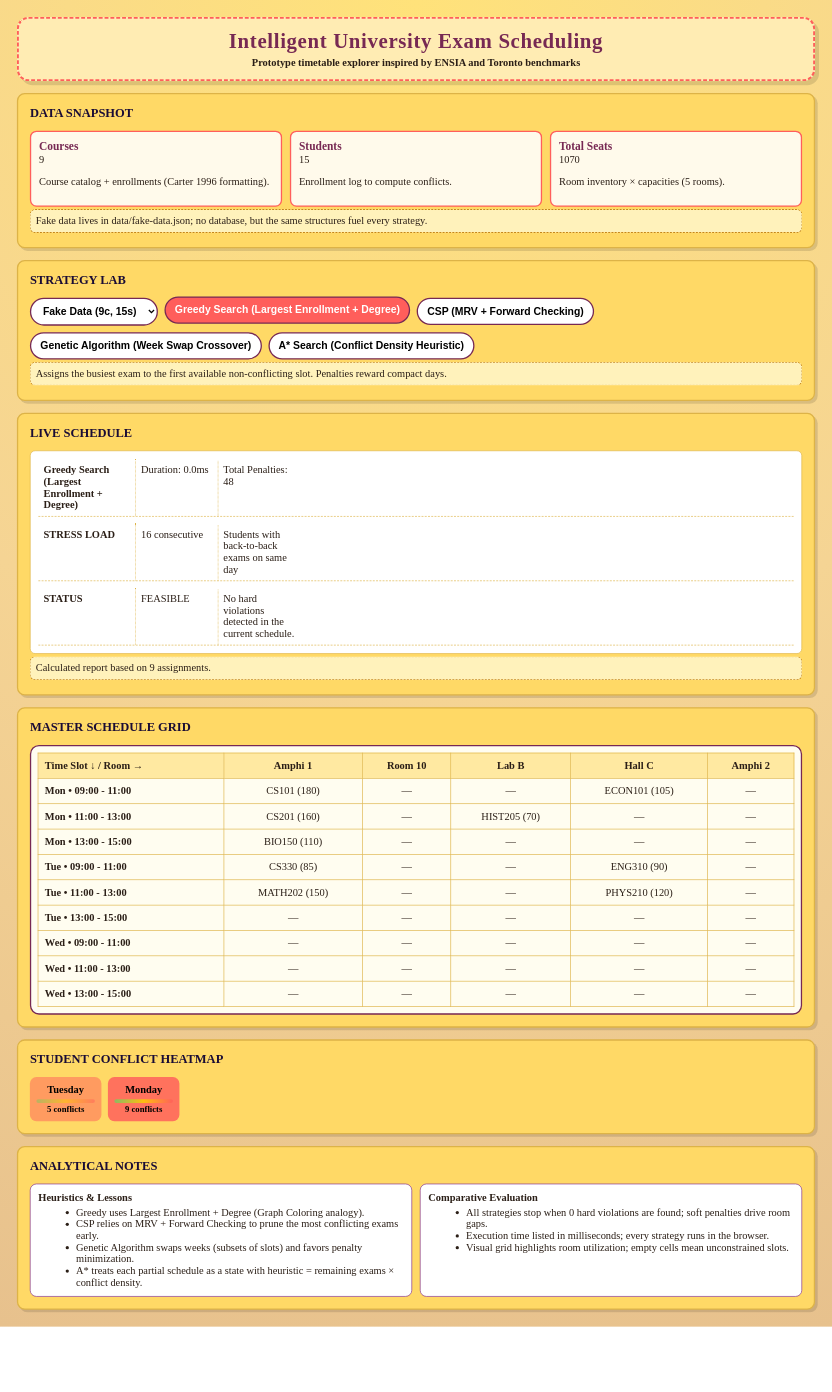
Repository: tarikko/AIExamScheduler
Page: index.html
These files come from the project's save history. The page is drawn as it stood at one moment and after the next save; the edit follows.
The browser window is 1280 px wide. The pictures show the whole page, at 65% of full size.

Above is the page before, as saved 2026-02-23 22:58:22.

### index.html
<!DOCTYPE html>
<html lang="en">
<head>
  <meta charset="UTF-8" />
  <meta name="viewport" content="width=device-width, initial-scale=1" />
  <title>Intelligent University Exam Scheduling System</title>
  <link rel="stylesheet" href="css/styles.css" />
</head>
<body>
  <div class="page">
    <header>
      <h1>Intelligent University Exam Scheduling</h1>
      <p>Prototype timetable explorer inspired by ENSIA and Toronto benchmarks</p>
    </header>

    <section>
      <h2>Data Snapshot</h2>
      <div class="data-grid" id="data-overview"></div>
      <div class="legend">Fake data lives in data/fake-data.json; no database, but the same structures fuel every strategy.</div>
    </section>

    <section>
      <h2>Strategy Lab</h2>
      <div class="controls" id="strategy-controls"></div>
      <div id="algo-note" class="legend"></div>
      <div id="progress-container" style="display: none; margin-top: 10px;">
        <div style="font-weight: bold; margin-bottom: 4px;">Computing Schedule...</div>
        <div style="width: 100%; background: #eee; border: 1px solid var(--grid-line); height: 20px; border-radius: 10px; overflow: hidden;">
          <div id="progress-bar" style="width: 0%; height: 100%; background: var(--accent); transition: width 0.2s;"></div>
        </div>
      </div>
    </section>

    <section id="schedule-wrapper">
      <h2>Live Schedule</h2>
      <div id="schedule-results"></div>
      <div class="legend" id="score-note"></div>
    </section>

    <section>
      <h2>Master Schedule Grid</h2>
      <div class="table-wrapper">
        <table id="master-grid"></table>
      </div>
    </section>

    <section>
      <h2>Student Conflict Heatmap</h2>
      <div id="heatmap" class="heatmap"></div>
    </section>

    <section>
      <h2>Analytical Notes</h2>
      <div class="notes">
        <div class="note-card">
          <strong>Heuristics & Lessons</strong>
          <ul>
            <li>Greedy uses Largest Enrollment + Degree (Graph Coloring analogy).</li>
            <li>CSP relies on MRV + Forward Checking to prune the most conflicting exams early.</li>
            <li>Genetic Algorithm swaps weeks (subsets of slots) and favors penalty minimization.</li>
            <li>A* treats each partial schedule as a state with heuristic = remaining exams × conflict density.</li>
          </ul>
        </div>
        <div class="note-card">
          <strong>Comparative Evaluation</strong>
          <ul>
            <li>All strategies stop when 0 hard violations are found; soft penalties drive room gaps.</li>
            <li>Execution time listed in milliseconds; every strategy runs in the browser.</li>
            <li>Visual grid highlights room utilization; empty cells mean unconstrained slots.</li>
          </ul>
        </div>
      </div>
    </section>
  </div>

  <script type="module" src="js/app.js"></script>
</body>
</html>

### css/styles.css
:root {
  color-scheme: light;
  --bg: #f5f1d2;
  --panel: #ffecb3;
  --panel-strong: #ffd966;
  --accent: #ff5e5b;
  --deep: #772953;
  --grid-line: #ddb347;
  font-family: 'Comic Sans MS', 'Comic Sans', cursive;
}

* {
  box-sizing: border-box;
}

body {
  margin: 0;
  background: radial-gradient(circle at top, #ffe27a, #f5d494 50%, #e7c18d 100%);
  color: #2b1f17;
}

.page {
  min-height: 100vh;
  padding: 26px;
  display: flex;
  flex-direction: column;
  gap: 18px;
}

header {
  background: var(--panel);
  border: 3px dashed var(--accent);
  padding: 16px;
  border-radius: 18px;
  box-shadow: 6px 6px 0 rgba(0, 0, 0, 0.12);
  text-align: center;
}

header h1 {
  margin: 0;
  font-size: 2rem;
  letter-spacing: 1px;
  color: var(--deep);
}

header p {
  margin: 6px 0 0;
  font-weight: bold;
}

section {
  background: var(--panel-strong);
  padding: 18px;
  border-radius: 12px;
  border: 2px solid var(--grid-line);
  box-shadow: 4px 4px 0 rgba(0, 0, 0, 0.12);
}

h2,
h3 {
  margin-top: 0;
  color: #1a0c35;
  text-transform: uppercase;
  font-size: 1.2rem;
}

.data-grid {
  display: grid;
  grid-template-columns: repeat(auto-fit, minmax(210px, 1fr));
  gap: 12px;
}

.data-card {
  border: 2px solid var(--accent);
  padding: 12px;
  border-radius: 10px;
  background: #ffffffdd;
}

.data-card strong {
  display: block;
  font-size: 1.1rem;
  color: var(--deep);
}

.controls {
  display: flex;
  flex-wrap: wrap;
  gap: 10px;
  align-items: center;
}

.algo-btn {
  border: 2px solid var(--deep);
  background: #fff;
  font-size: 1rem;
  padding: 10px 14px;
  border-radius: 999px;
  cursor: pointer;
  transition: transform 0.15s ease, background 0.15s ease;
  font-weight: bold;
}

.algo-btn.active,
.algo-btn:hover {
  background: var(--accent);
  color: #fff;
  transform: translateY(-2px);
}

#schedule-results {
  display: flex;
  flex-direction: column;
  gap: 10px;
  width: 100%;
  background: #ffffff;
  padding: 12px;
  border-radius: 8px;
  border: 1px solid var(--grid-line);
}

.legend {
  margin: 4px 0;
  padding: 8px;
  background: #fff2bb;
  border-radius: 8px;
  border: 1px dashed #b36b00;
}

.grid-header,
.grid-row {
  display: grid;
  grid-template-columns: 150px repeat(auto-fill, minmax(120px, 1fr));
  border-bottom: 2px solid var(--grid-line);
}

.grid-row {
  border-bottom: 1px dashed var(--grid-line);
}

.grid-cell {
  padding: 8px;
  border-right: 1px dotted var(--grid-line);
}

.grid-cell:last-child {
  border-right: none;
}

.slot-label {
  font-weight: bold;
}

.heatmap {
  display: flex;
  gap: 10px;
  flex-wrap: wrap;
}

.heat-cell {
  width: 110px;
  padding: 10px;
  border-radius: 10px;
  text-align: center;
  font-weight: bold;
  color: #000;
}

.heat-bar {
  width: 100%;
  height: 6px;
  border-radius: 3px;
  margin-top: 6px;
  background: linear-gradient(90deg, #75c964, #ffcc00, #ff5e5b);
}

.notes {
  display: flex;
  gap: 12px;
  flex-wrap: wrap;
}

.note-card {
  flex: 1;
  min-width: 280px;
  background: #fff;
  padding: 12px;
  border-radius: 10px;
  border: 1px solid #802e91;
}

.table-wrapper {
  overflow-x: auto;
  border: 2px solid var(--deep);
  border-radius: 14px;
  padding: 10px;
  background: #fffdf0;
  box-shadow: inset 0 0 0 1px rgba(255, 255, 255, 0.6);
}

#master-grid {
  width: 100%;
  border-collapse: collapse;
  font-family: inherit;
}

#master-grid th,
#master-grid td {
  border: 1px solid var(--grid-line);
  padding: 10px;
  text-align: center;
}

#master-grid th {
  background: #ffe9a1;
  font-weight: bold;
}

#master-grid th:first-child,
#master-grid td:first-child {
  text-align: left;
  font-weight: bold;
}

ul {
  margin: 4px 0 0 18px;
}

@media (max-width: 720px) {
  .grid-header,
  .grid-row {
    grid-template-columns: 120px repeat(auto-fill, minmax(100px, 1fr));
  }

  body {
    padding: 12px;
  }
}

### js/app.js
import { timeSlots } from "./time-slots.js";
import { assessPenalties } from "./utils.js";
import {
	renderDataOverview,
	renderSchedule,
	buildMasterGrid,
	buildHeatmap,
} from "./ui.js";
import { greedySchedule } from "./algorithms/greedy.js";
import { cspSchedule } from "./algorithms/csp.js";
import { gaSchedule } from "./algorithms/ga.js";
import { aStarSchedule } from "./algorithms/astar.js";
import { loadBenchmark } from "./benchmarks.js";

const algorithms = {
	greedy: {
		label: "Greedy Search (Largest Enrollment + Degree)",
		fn: greedySchedule,
		note: "Assigns the busiest exam to the first available non-conflicting slot. Penalties reward compact days.",
	},
	csp: {
		label: "CSP (MRV + Forward Checking)",
		fn: cspSchedule,
		note: "Backtracking with Minimum Remaining Values and forward checking to prune conflicts early.",
	},
	ga: {
		label: "Genetic Algorithm (Week Swap Crossover)",
		fn: gaSchedule,
		note: "Evolves schedule strings with heavy fitness penalty for hard violations, light for soft.",
	},
	a_star: {
		label: "A* Search (Conflict Density Heuristic)",
		fn: aStarSchedule,
		note: "Explores partial states, prioritizing boards that leave fewer high-conflict exams unscheduled.",
	},
};

let dataset;
let bestCompare = {};

function updateComparison(key, meta) {
	if (!bestCompare[key] || bestCompare[key].penalty > meta.penalty) {
		bestCompare[key] = meta;
	}
}

async function init() {
	dataset = await fetch("data/fake-data.json").then((res) => res.json());
	renderDataOverview(dataset);

	const controlBar = document.getElementById("strategy-controls");

	// Benchmark Dropdown
	const select = document.createElement("select");
	select.className = "algo-btn";
	select.innerHTML = `
		<option value="fake">Fake Data (9c, 15s)</option>
		<option value="nottingham">Nottingham (1994)</option>
	`;
	select.addEventListener("change", async (e) => {
		if (e.target.value === "nottingham") {
			const b = await loadBenchmark();
			if (b) dataset = b;
		} else {
			dataset = await fetch("data/fake-data.json").then((res) => res.json());
		}
		renderDataOverview(dataset);
		runStrategy("greedy");
	});
	controlBar.appendChild(select);

	Object.entries(algorithms).forEach(([key, config], index) => {
		const button = document.createElement("button");
		button.className = "algo-btn";
		button.textContent = config.label;
		button.addEventListener("click", () => runStrategy(key));
		if (index === 0) button.classList.add("active");
		controlBar.appendChild(button);
	});

	runStrategy("greedy");
}

function runStrategy(key) {
	if (!dataset) return;
	Array.from(document.querySelectorAll(".algo-btn")).forEach((btn) =>
		btn.classList.remove("active")
	);
	const button = Array.from(document.querySelectorAll(".algo-btn")).find(
		(btn) => btn.textContent === algorithms[key].label
	);
	button?.classList.add("active");

	const start = performance.now();
	const result = algorithms[key].fn(dataset);
	const end = performance.now();
	const { penalty, softViolations } = assessPenalties(
		result,
		dataset.students
	);

	document.getElementById("algo-note").textContent = algorithms[key].note;

	renderSchedule(result, {
		label: algorithms[key].label,
		time: end - start,
		penalty,
		softViolations,
		students: dataset.students,
	});

	buildMasterGrid(result, dataset.rooms, timeSlots);
	buildHeatmap(result, dataset.students);
	updateComparison(key, {
		label: algorithms[key].label,
		penalty,
		time: end - start,
	});
}

init();

### js/time-slots.js
export const timeSlots = [
	{ id: "Mon-09-11", day: "Monday", label: "Mon • 09:00 - 11:00", index: 0 },
	{ id: "Mon-11-13", day: "Monday", label: "Mon • 11:00 - 13:00", index: 1 },
	{ id: "Mon-13-15", day: "Monday", label: "Mon • 13:00 - 15:00", index: 2 },
	{ id: "Tue-09-11", day: "Tuesday", label: "Tue • 09:00 - 11:00", index: 3 },
	{ id: "Tue-11-13", day: "Tuesday", label: "Tue • 11:00 - 13:00", index: 4 },
	{ id: "Tue-13-15", day: "Tuesday", label: "Tue • 13:00 - 15:00", index: 5 },
	{
		id: "Wed-09-11",
		day: "Wednesday",
		label: "Wed • 09:00 - 11:00",
		index: 6,
	},
	{
		id: "Wed-11-13",
		day: "Wednesday",
		label: "Wed • 11:00 - 13:00",
		index: 7,
	},
	{
		id: "Wed-13-15",
		day: "Wednesday",
		label: "Wed • 13:00 - 15:00",
		index: 8,
	},
];

### js/utils.js
export function buildConflicts(data) {
	const map = {};
	data.courses.forEach((course) => {
		map[course.code] = new Set();
	});

	data.students.forEach((student) => {
		student.courses.forEach((courseA) => {
			student.courses.forEach((courseB) => {
				if (courseA !== courseB) {
					map[courseA].add(courseB);
				}
			});
		});
	});

	return map;
}

export function isSlotAvailable(courseCode, slot, room, assignments, data) {
	for (const assigned of assignments) {
		if (assigned.slot.id === slot.id && assigned.room.name === room.name) {
			return false; // Room busy
		}
		if (assigned.slot.id === slot.id) {
			const conflict = data.students.some(
				(student) =>
					student.courses.includes(courseCode) &&
					student.courses.includes(assigned.course.code)
			);
			if (conflict) {
				return false;
			}
		}
	}
	return true;
}

export function assessPenalties(assignments, students) {
	let hardViolations = 0;
	let softViolations = 0;
	const seen = new Set();

	assignments.forEach((assignment) => {
		const key = `${assignment.slot.id}-${assignment.room.name}`;
		if (seen.has(key)) hardViolations++;
		seen.add(key);
	});

	students.forEach((student) => {
		const slots = assignments
			.filter((assignment) =>
				student.courses.includes(assignment.course.code)
			)
			.map((assignment) => assignment.slot.index)
			.sort((a, b) => a - b);
		for (let i = 0; i < slots.length - 1; i++) {
			if (slots[i + 1] - slots[i] === 1) softViolations++;
		}
	});

	return {
		penalty: hardViolations * 50 + softViolations * 3,
		hardViolations,
		softViolations,
	};
}

### js/algorithms/greedy.js
import { timeSlots } from "../time-slots.js";
import { buildConflicts, isSlotAvailable } from "../utils.js";

export function greedySchedule(data, onProgress) {
	const conflicts = buildConflicts(data);
	const sortedCourses = [...data.courses].sort((a, b) => {
		const delta = conflicts[b.code].size - conflicts[a.code].size;
		return delta !== 0 ? delta : b.enrollment - a.enrollment;
	});

	const assigned = [];
	const total = sortedCourses.length;

	for (let i = 0; i < total; i++) {
		const course = sortedCourses[i];
		if (onProgress && i % 20 === 0) onProgress((i / total) * 100);

		let placed = false;
		for (const slot of timeSlots) {
			for (const room of data.rooms) {
				if (room.capacity < course.enrollment) continue;
				if (isSlotAvailable(course.code, slot, room, assigned, data)) {
					assigned.push({ course, slot, room });
					placed = true;
					break;
				}
			}
			if (placed) break;
		}
	}
	if (onProgress) onProgress(100);
	return assigned;
}

### js/worker.js
// Web Worker for running scheduling algorithms in the background
import { greedySchedule } from "./algorithms/greedy.js";
import { cspSchedule } from "./algorithms/csp.js";
import { gaSchedule } from "./algorithms/ga.js";
import { aStarSchedule } from "./algorithms/astar.js";

const algos = {
	greedy: greedySchedule,
	csp: (data, onProgress) => cspSchedule(data), // Simple CSP doesn't support progress easily
	ga: gaSchedule,
	a_star: aStarSchedule,
};

onmessage = async (e) => {
	const { key, dataset } = e.data;
	const algoFn = algos[key];

	if (!algoFn) {
		postMessage({ type: "error", error: "Algorithm not found" });
		return;
	}

	const onProgress = (percent) => {
		postMessage({ type: "progress", percent });
	};

	try {
		const result = algoFn(dataset, onProgress);
		postMessage({ type: "result", result });
	} catch (err) {
		postMessage({ type: "error", error: err.message });
	}
};

Loaded but not shown: data/fake-data.json (37 lines, source omitted); js/ui.js (207 lines, source omitted); js/algorithms/ga.js (85 lines, source omitted); js/benchmarks.js (78 lines, source omitted); js/algorithms/astar.js (75 lines, source omitted); js/algorithms/csp.js (63 lines, source omitted)

After the next save:
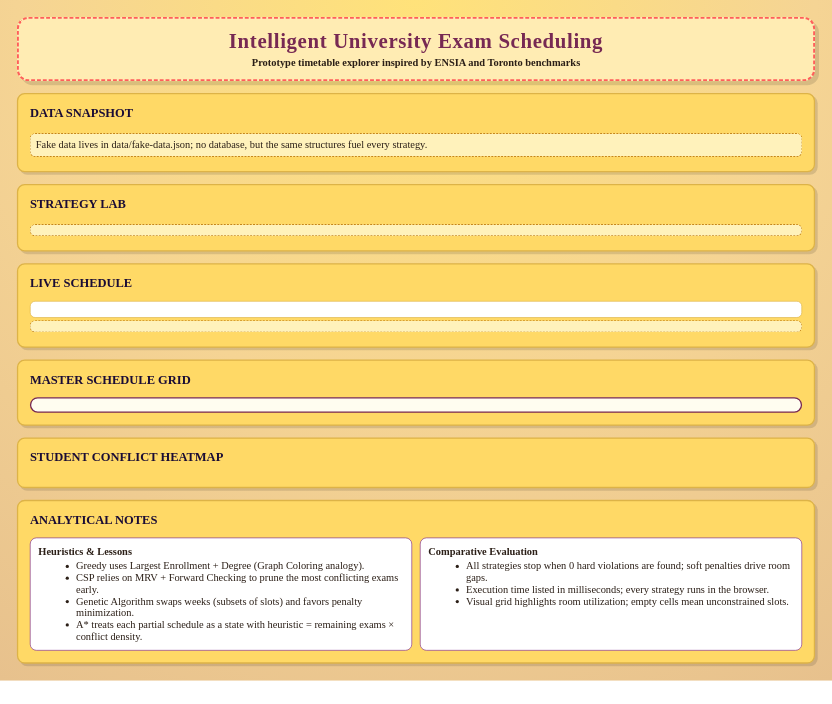
Console error: ReferenceError: init is not defined
Saved 19 s later.
--- a/js/app.js
+++ b/js/app.js
@@ -15,107 +15,88 @@
 const algorithms = {
 	greedy: {
 		label: "Greedy Search (Largest Enrollment + Degree)",
-		fn: greedySchedule,
 		note: "Assigns the busiest exam to the first available non-conflicting slot. Penalties reward compact days.",
 	},
 	csp: {
 		label: "CSP (MRV + Forward Checking)",
-		fn: cspSchedule,
 		note: "Backtracking with Minimum Remaining Values and forward checking to prune conflicts early.",
 	},
 	ga: {
 		label: "Genetic Algorithm (Week Swap Crossover)",
-		fn: gaSchedule,
 		note: "Evolves schedule strings with heavy fitness penalty for hard violations, light for soft.",
 	},
 	a_star: {
 		label: "A* Search (Conflict Density Heuristic)",
-		fn: aStarSchedule,
 		note: "Explores partial states, prioritizing boards that leave fewer high-conflict exams unscheduled.",
 	},
 };
 
 let dataset;
 let bestCompare = {};
+let schedulerWorker = null;
 
-function updateComparison(key, meta) {
-	if (!bestCompare[key] || bestCompare[key].penalty > meta.penalty) {
-		bestCompare[key] = meta;
-	}
-}
-
-async function init() {
-	dataset = await fetch("data/fake-data.json").then((res) => res.json());
-	renderDataOverview(dataset);
-
-	const controlBar = document.getElementById("strategy-controls");
-
-	// Benchmark Dropdown
-	const select = document.createElement("select");
-	select.className = "algo-btn";
-	select.innerHTML = `
-		<option value="fake">Fake Data (9c, 15s)</option>
-		<option value="nottingham">Nottingham (1994)</option>
-	`;
-	select.addEventListener("change", async (e) => {
-		if (e.target.value === "nottingham") {
-			const b = await loadBenchmark();
-			if (b) dataset = b;
-		} else {
-			dataset = await fetch("data/fake-data.json").then((res) => res.json());
-		}
-		renderDataOverview(dataset);
-		runStrategy("greedy");
-	});
-	controlBar.appendChild(select);
-
-	Object.entries(algorithms).forEach(([key, config], index) => {
-		const button = document.createElement("button");
-		button.className = "algo-btn";
-		button.textContent = config.label;
-		button.addEventListener("click", () => runStrategy(key));
-		if (index === 0) button.classList.add("active");
-		controlBar.appendChild(button);
-	});
-
-	runStrategy("greedy");
+function updateProgressBar(percent) {
+	const container = document.getElementById("progress-container");
+	const bar = document.getElementById("progress-bar");
+	container.style.display = "block";
+	bar.style.width = percent + "%";
 }
 
 function runStrategy(key) {
 	if (!dataset) return;
+
+	// UI Feedback
 	Array.from(document.querySelectorAll(".algo-btn")).forEach((btn) =>
 		btn.classList.remove("active")
 	);
-	const button = Array.from(document.querySelectorAll(".algo-btn")).find(
-		(btn) => btn.textContent === algorithms[key].label
-	);
+	const buttons = Array.from(document.querySelectorAll("button.algo-btn"));
+	const button = buttons.find((btn) => btn.textContent === algorithms[key].label);
 	button?.classList.add("active");
 
+	document.getElementById("algo-note").textContent = algorithms[key].note;
+	updateProgressBar(0);
+
+	// Start Background Worker
 	const start = performance.now();
-	const result = algorithms[key].fn(dataset);
-	const end = performance.now();
-	const { penalty, softViolations } = assessPenalties(
-		result,
-		dataset.students
-	);
 
-	document.getElementById("algo-note").textContent = algorithms[key].note;
+	if (schedulerWorker) {
+		schedulerWorker.terminate();
+	}
+	schedulerWorker = new Worker("./js/worker.js", { type: "module" });
 
-	renderSchedule(result, {
-		label: algorithms[key].label,
-		time: end - start,
-		penalty,
-		softViolations,
-		students: dataset.students,
-	});
+	schedulerWorker.onmessage = (e) => {
+		const { type, percent, result, error } = e.data;
 
-	buildMasterGrid(result, dataset.rooms, timeSlots);
-	buildHeatmap(result, dataset.students);
-	updateComparison(key, {
-		label: algorithms[key].label,
-		penalty,
-		time: end - start,
-	});
+		if (type === "progress") {
+			updateProgressBar(percent);
+		} else if (type === "result") {
+			const end = performance.now();
+			const { penalty, softViolations } = assessPenalties(result, dataset.students);
+
+			renderSchedule(result, {
+				label: algorithms[key].label,
+				time: end - start,
+				penalty,
+				softViolations,
+				students: dataset.students,
+			});
+
+			buildMasterGrid(result, dataset.rooms, timeSlots);
+			buildHeatmap(result, dataset.students);
+			updateComparison(key, {
+				label: algorithms[key].label,
+				penalty,
+				time: end - start,
+			});
+
+			document.getElementById("progress-container").style.display = "none";
+		} else if (type === "error") {
+			console.error("Worker error:", error);
+			document.getElementById("progress-container").style.display = "none";
+		}
+	};
+
+	schedulerWorker.postMessage({ key, dataset });
 }
 
 init();

After the 2 saves that followed:
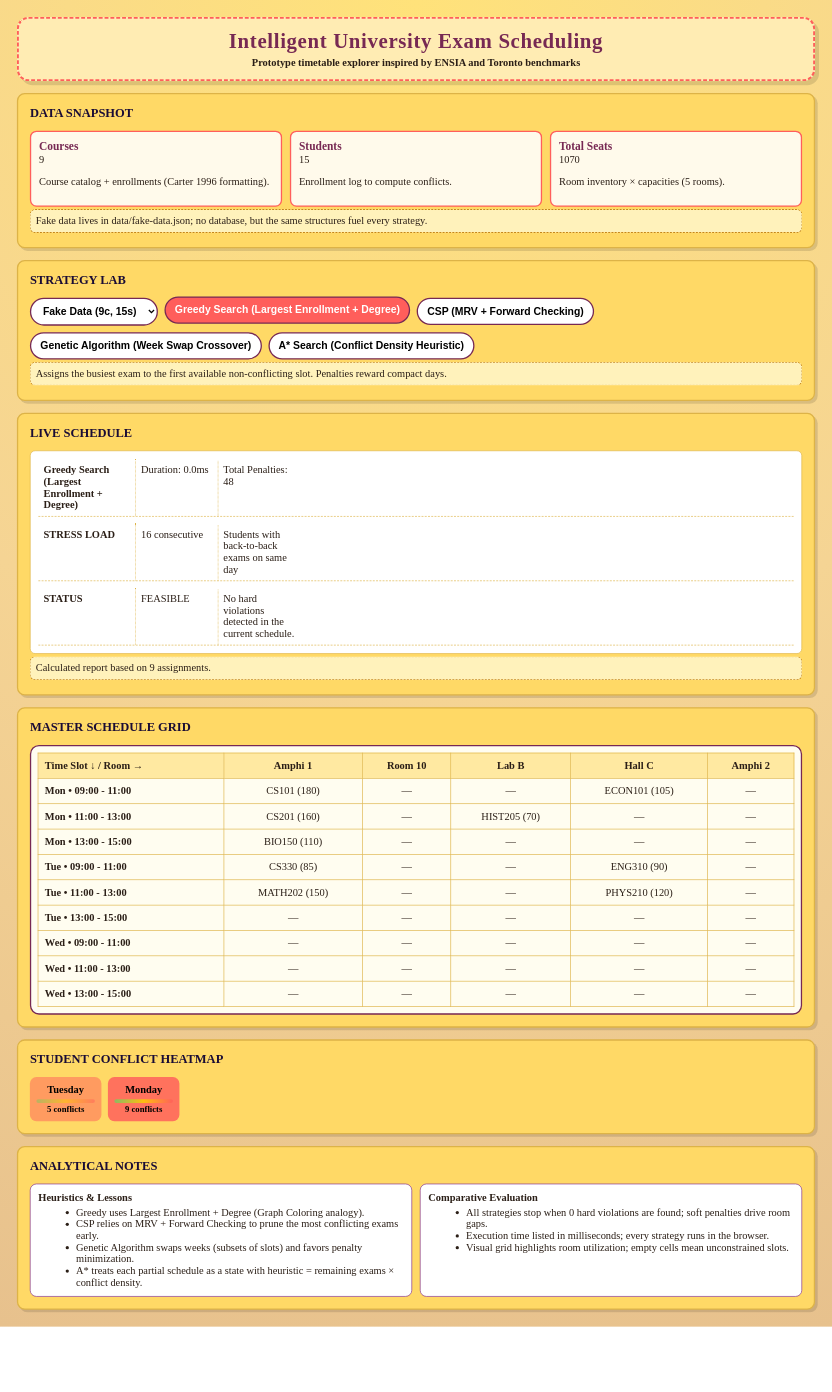
The error is gone.
The 2 saves are shown as one change because 1 left the picture as it was.
The last was saved 5 min 33 s later.
--- a/js/app.js
+++ b/js/app.js
@@ -6,10 +6,6 @@
 	buildMasterGrid,
 	buildHeatmap,
 } from "./ui.js";
-import { greedySchedule } from "./algorithms/greedy.js";
-import { cspSchedule } from "./algorithms/csp.js";
-import { gaSchedule } from "./algorithms/ga.js";
-import { aStarSchedule } from "./algorithms/astar.js";
 import { loadBenchmark } from "./benchmarks.js";
 
 const algorithms = {
@@ -40,6 +36,49 @@
 	const bar = document.getElementById("progress-bar");
 	container.style.display = "block";
 	bar.style.width = percent + "%";
+}
+
+async function init() {
+	dataset = await fetch("data/fake-data.json").then((res) => res.json());
+	renderDataOverview(dataset);
+
+	const controlBar = document.getElementById("strategy-controls");
+
+	// Benchmark Dropdown
+	const select = document.createElement("select");
+	select.className = "algo-btn";
+	select.innerHTML = `
+		<option value="fake">Fake Data (9c, 15s)</option>
+		<option value="nottingham">Nottingham (1994)</option>
+	`;
+	select.addEventListener("change", async (e) => {
+		if (e.target.value === "nottingham") {
+			const b = await loadBenchmark();
+			if (b) dataset = b;
+		} else {
+			dataset = await fetch("data/fake-data.json").then((res) => res.json());
+		}
+		renderDataOverview(dataset);
+		runStrategy("greedy");
+	});
+	controlBar.appendChild(select);
+
+	Object.entries(algorithms).forEach(([key, config], index) => {
+		const button = document.createElement("button");
+		button.className = "algo-btn";
+		button.textContent = config.label;
+		button.addEventListener("click", () => runStrategy(key));
+		if (index === 0) button.classList.add("active");
+		controlBar.appendChild(button);
+	});
+
+	runStrategy("greedy");
+}
+
+function updateComparison(key, meta) {
+	if (!bestCompare[key] || bestCompare[key].penalty > meta.penalty) {
+		bestCompare[key] = meta;
+	}
 }
 
 function runStrategy(key) {
